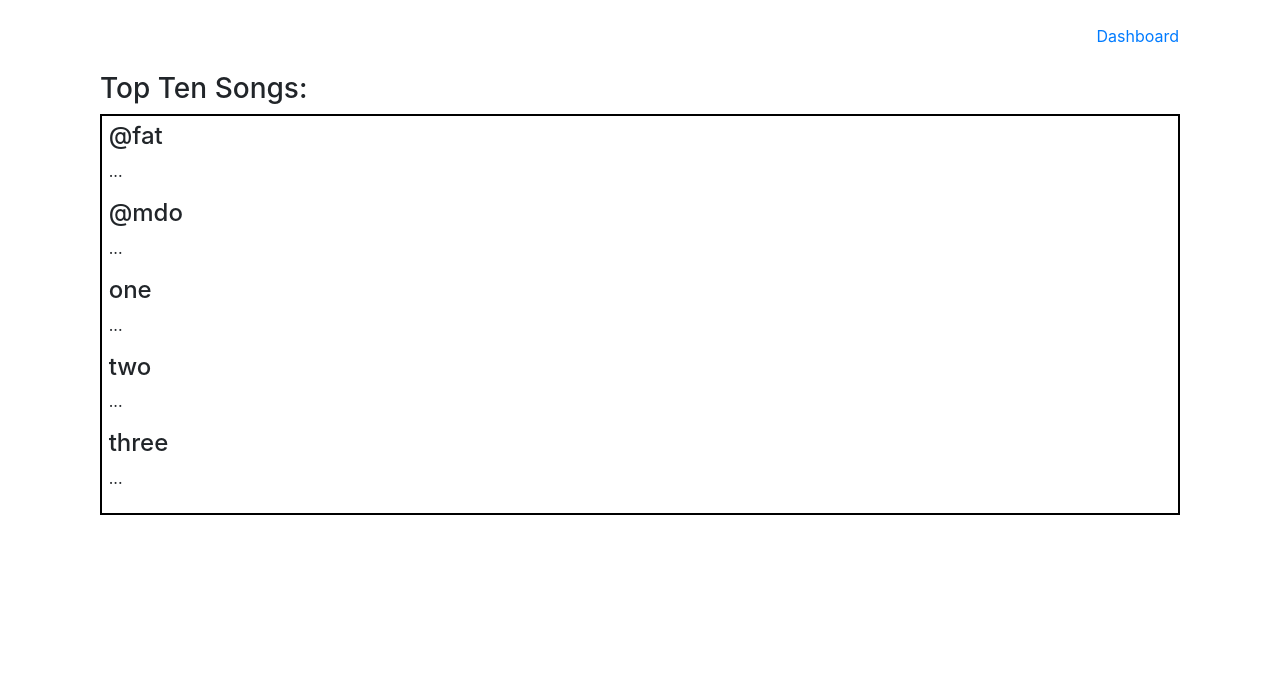
Repository: ACow3/java
Page: http://localhost/lookify/WEB-INF/lookify/topTen.jsp
These files come from the project's save history. The page is drawn as it stood at one moment and after the next save; the edit follows.
The browser window is 1280 px wide. The pictures show the whole page.
The page is served by Tomcat 9. Nobody is signed in. The template is opened directly, without the code that normally fills it, so the values that code supplies are empty.

Above is the page before, as saved 2019-08-15 22:44:38.

After the next save:
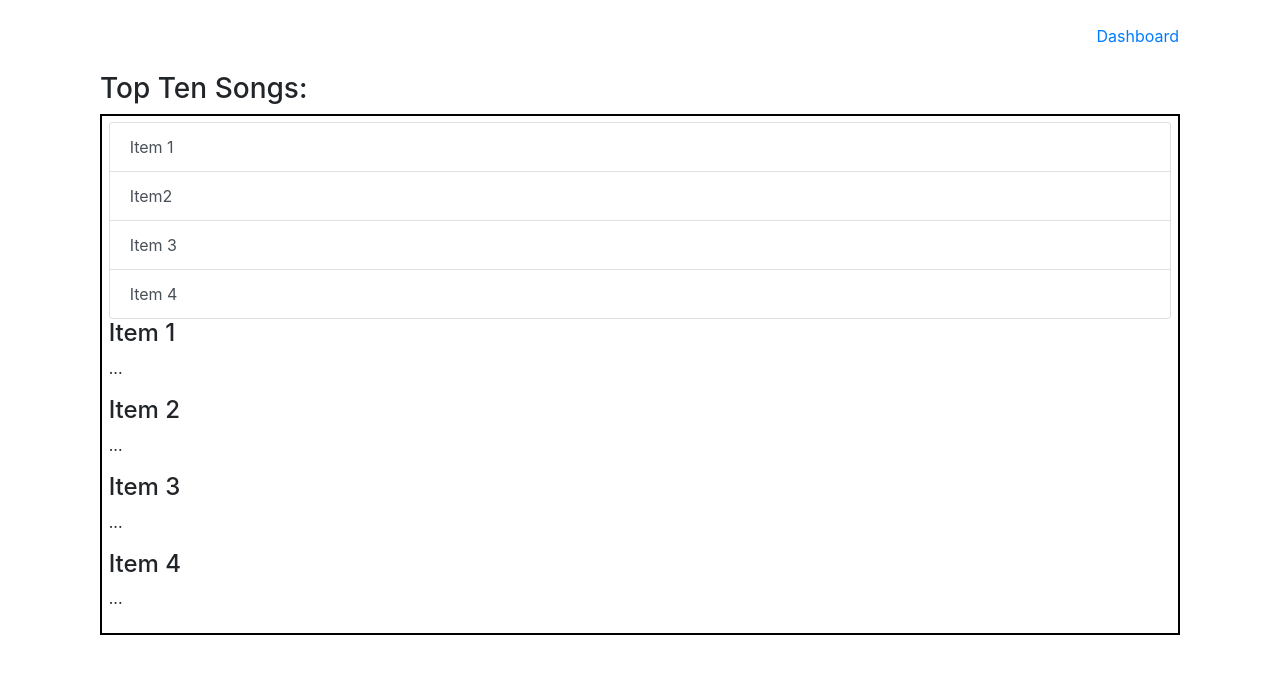
Saved 55 s later.
--- a/java_spring/lookify/src/main/webapp/WEB-INF/lookify/topTen.jsp
+++ b/java_spring/lookify/src/main/webapp/WEB-INF/lookify/topTen.jsp
@@ -21,43 +21,51 @@
 </style>
 </head>
 <body>
-<div class="container">
-	<nav class="navbar navbar-expand-lg navbar-light bg-white mt-3 mb-3">
-		<a class="navbar-brand" href="#"></a>
-		<button class="navbar-toggler" type="button" data-toggle="collapse"
-			data-target="#navbarTogglerDemo02"
-			aria-controls="navbarTogglerDemo02" aria-expanded="false"
-			aria-label="Toggle navigation">
-			<span class="navbar-toggler-icon"></span>
-		</button>
+	<div class="container">
+		<nav class="navbar navbar-expand-lg navbar-light bg-white mt-3 mb-3">
+			<a class="navbar-brand" href="#"></a>
+			<button class="navbar-toggler" type="button" data-toggle="collapse"
+				data-target="#navbarTogglerDemo02"
+				aria-controls="navbarTogglerDemo02" aria-expanded="false"
+				aria-label="Toggle navigation">
+				<span class="navbar-toggler-icon"></span>
+			</button>
 
-		<div class="collapse navbar-collapse" id="navbarTogglerDemo02">
-			<ul class="navbar-nav mr-auto mt-2 mt-lg-0">
-				<li class="nav-item active"><a class="nav-link"
-					href="/songs/new"><span class="sr-only">(current)</span> </a></li>
-				<li class="nav-item"><a class="nav-link" href="#"></a></li>
-			</ul>
-			<a class="form-inline my-2 my-lg-0" href="/dashboard">Dashboard</a>
+			<div class="collapse navbar-collapse" id="navbarTogglerDemo02">
+				<ul class="navbar-nav mr-auto mt-2 mt-lg-0">
+					<li class="nav-item active"><a class="nav-link"
+						href="/songs/new"><span class="sr-only">(current)</span> </a></li>
+					<li class="nav-item"><a class="nav-link" href="#"></a></li>
+				</ul>
+				<a class="form-inline my-2 my-lg-0" href="/dashboard">Dashboard</a>
 
-		</div>
-	</nav>
-	<div class="container">
-		<h3>Top Ten Songs:</h3>
-		<div class="topTen">
-			<div data-spy="scroll" data-target="#navbar-example2" data-offset="0">
-				<h4 id="fat">@fat</h4>
-				<p>...</p>
-				<h4 id="mdo">@mdo</h4>
-				<p>...</p>
-				<h4 id="one">one</h4>
-				<p>...</p>
-				<h4 id="two">two</h4>
-				<p>...</p>
-				<h4 id="three">three</h4>
-				<p>...</p>
+			</div>
+		</nav>
+		<div class="container">
+			<h3>Top Ten Songs:</h3>
+			<div class="topTen">
+				<div id="list-example" class="list-group">
+					<a class="list-group-item list-group-item-action"
+						href="#list-item-1">Item 1</a> <a
+						class="list-group-item list-group-item-action" href="#list-item-2">Item2</a>
+					<a class="list-group-item list-group-item-action"
+						href="#list-item-3">Item 3</a> <a
+						class="list-group-item list-group-item-action" href="#list-item-4">Item
+						4</a>
+				</div>
+				<div data-spy="scroll" data-target="#list-example" data-offset="0"
+					class="scrollspy-example">
+					<h4 id="list-item-1">Item 1</h4>
+					<p>...</p>
+					<h4 id="list-item-2">Item 2</h4>
+					<p>...</p>
+					<h4 id="list-item-3">Item 3</h4>
+					<p>...</p>
+					<h4 id="list-item-4">Item 4</h4>
+					<p>...</p>
+				</div>
 			</div>
 		</div>
 	</div>
-</div>
 </body>
 </html>
